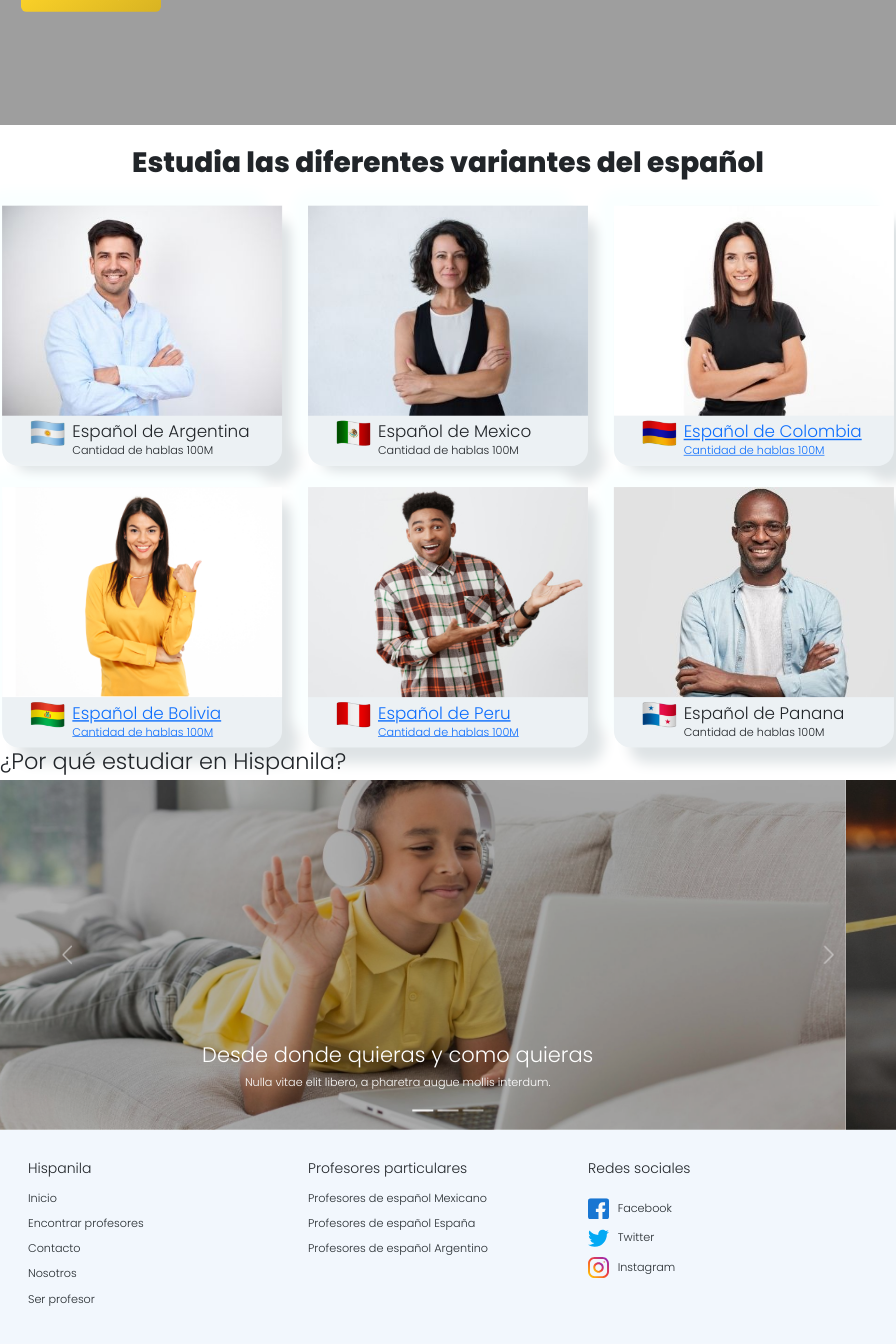
Repository: AgustinGarciaDev/Hispanila
Page: index.html
The author's editor kept a copy of each file at every save. The page is drawn from the files as they stood at one save, then again after the next save.
The browser window is 1280 px wide. The pictures show the part of the page from y = 487 to 2407 px (the page is 2407 px tall), at 70% of full size.
Pictures or frames that could not be fetched are drawn as grey boxes. Some web libraries are served in a nearby version. The style sheet was rebuilt from its Sass, Less or Tailwind sources for each picture, by a compiler version that may differ from the author's.

Above is the page before, as saved 2021-01-28 22:15:35.

### index.html
<!DOCTYPE html>
<html lang="en">

<head>
    <meta charset="UTF-8">
    <title>Inicio</title>
    <meta name="viewport" content="width=device-width, user-scalable=no">
    <meta name="description" content="Encontra profesor que se adecue a tus objetivos y logra tus metas. Aprende las distintas variantes del español en Hispanila">
    <meta name="keywords" content="español , hispanila, profesores, profesor">
    <link rel="stylesheet" href="https://cdnjs.cloudflare.com/ajax/libs/animate.css/4.1.1/animate.min.css" />
    <link rel="stylesheet" href="https://use.fontawesome.com/releases/v5.8.1/css/all.css" integrity="sha384-50oBUHEmvpQ+1lW4y57PTFmhCaXp0ML5d60M1M7uH2+nqUivzIebhndOJK28anvf" crossorigin="anonymous">
    <link rel="preconnect" href="https://fonts.gstatic.com">
    <link rel="preconnect" href="https://fonts.gstatic.com">
    <link href="https://fonts.googleapis.com/css2?family=Poppins:ital,wght@0,200;0,300;0,800;0,900;1,200;1,500&display=swap" rel="stylesheet">
    <link href="https://fonts.googleapis.com/css2?family=Archivo:ital@0;1&display=swap" rel="stylesheet">
    <link href="https://cdn.jsdelivr.net/npm/bootstrap@5.0.0-beta1/dist/css/bootstrap.min.css" rel="stylesheet" integrity="sha384-giJF6kkoqNQ00vy+HMDP7azOuL0xtbfIcaT9wjKHr8RbDVddVHyTfAAsrekwKmP1" crossorigin="anonymous">
    <link rel="stylesheet" href="./css/style.css">
    <link rel="stylesheet" href="stylemod.css">

</head>

<body>
    <header>
        <nav class="navbar navbar-expand-lg navbar-light bg-light nav-color">
            <div class="container-fluid">
                <a class="navbar-brand" href="./index.html"><img src="./img/Hispanila_opt.png" alt=""></a>
                <button class="navbar-toggler" type="button" data-bs-toggle="collapse" data-bs-target="#navbarSupportedContent" aria-controls="navbarSupportedContent" aria-expanded="false" aria-label="Toggle navigation">
            <span class="navbar-toggler-icon"></span>
          </button>
                <div class="collapse navbar-collapse" id="navbarSupportedContent">
                    <ul class="navbar-nav me-auto mb-2 mb-lg-0">
                        <li class="nav-item">
                            <a class="nav-link active" aria-current="page" href="./index.html">Inicio</a>
                        </li>
                        <li class="nav-item">
                            <a class="nav-link" href="./we.html">Nosotros</a>
                        </li>
                        <li class="nav-item">
                            <a class="nav-link" href="./contact.html">Contacto</a>
                        </li>
                        <li class="nav-item">
                            <a class="nav-link" href="./searchteacer.html">Buscar profesores</a>
                        </li>
                    </ul>
                </div>
            </div>
        </nav>
    </header>
    <main>
        <div class="hero">
            <div class="box">
                <div class="animate__animated animate__backInLeft">
                    <h1 class="hero__title_h1">Empeza hoy con tus clases de español</h1>
                </div>

                <p class="hero__title_p">Toma tus clases desde cualquier parte del mundo!</p>
                <a class="hero__bottom" href="#" role="button">EMPEZAR HOY</a>
            </div>

        </div>
        <div class="animate__animated animate__backInLeft">
            <h2 class="Tittle_h2">Estudia las diferentes variantes del español</h2>
        </div>
        <div class="block-band">
            <div class="card-band ">

                <a href="./searchteacer.html"> <img class="teacher-photo" src="./img/teacher-arg.jpg" alt=""></a>
                <div class="content-band">
                    <a href=""> <img class="band" src="./img/argentina.png" alt=""></a>
                    <div class="info-card">
                        <a href="./searchteacer.html" class="link">
                            <h4>Español de Argentina</h4>
                            <p>Cantidad de hablas 100M</p>
                        </a>
                    </div>
                </div>
            </div>
            <div class="card-band">
                <a href=""> <img class='teacher-photo' src="./img/woman-teacher-mex.jpg" alt="profesora de mexico">
                    <div class="content-band">
                        <img class="band" src="./img/mexico.png" alt="">
                        <div class="info-card">
                            <a href="./searchteacer.html" class="link">
                                <h4>Español de Mexico</h4>
                                <p>Cantidad de hablas 100M</p>
                            </a>
                        </div>
                    </div>
                </a>
            </div>

            <div class="card-band">
                <img class='teacher-photo' src="./img/women-teacher.jpg" alt="">
                <div class="content-band">
                    <img class="band" src="./img/ecuador.png" alt="">
                    <div class="info-card">
                        <a href="./searchteacer.html">
                            <h4>Español de Colombia</h4>
                            <p>Cantidad de hablas 100M</p>
                        </a>
                    </div>
                </div>
            </div>
            <div class="card-band">
                <img class='teacher-photo' src="./img/woman-bo.png" alt="">
                <div class="content-band">
                    <img class="band" src="./img/bolivia.png" alt="">
                    <div class="info-card">
                        <a href="./searchteacer.html">
                            <h4>Español de Bolivia</h4>
                            <p>Cantidad de hablas 100M</p>
                        </a>

                    </div>
                </div>
            </div>
            <div class="card-band">
                <img class='teacher-photo' src="./img/teacher-peru.png" alt="">
                <div class="content-band">
                    <img class="band" src="./img/peru.png" alt="">
                    <div class="info-card">
                        <a href="/searchteacer.html">
                            <h4>Español de Peru</h4>
                            <p>Cantidad de hablas 100M</p>
                        </a>

                    </div>
                </div>
            </div>
            <div class="card-band">
                <img class='teacher-photo' src="./img/teacher-panama.jpg" alt="profesor de panama">
                <div class="content-band">
                    <img class="band" src="./img/panama.png" alt="">
                    <div class="info-card">
                        <h4>Español de Panana</h4>
                        <p>Cantidad de hablas 100M</p>
                    </div>
                </div>
            </div>
        </div>
        </div>
        <div class="animate__animated animate__backInLeft">
            <h2>¿Por qué estudiar en Hispanila?</h2>
        </div>
        <div id="carouselExampleCaptions" class="carousel slide" data-bs-ride="carousel">
            <ol class="carousel-indicators">
                <li data-bs-target="#carouselExampleCaptions" data-bs-slide-to="0" class="active"></li>
                <li data-bs-target="#carouselExampleCaptions" data-bs-slide-to="1"></li>
                <li data-bs-target="#carouselExampleCaptions" data-bs-slide-to="2"></li>
            </ol>
            <div class="carousel-inner">
                <div class="carousel-item active">
                    <img src="./img/d1.jpg" class="d-block w-100" alt="...">
                    <div class="carousel-caption d-none d-md-block">
                        <h5>Desde donde quieras y como quieras</h5>
                        <p>Nulla vitae elit libero, a pharetra augue mollis interdum.</p>
                    </div>
                </div>
                <div class="carousel-item">
                    <img src="./img/d2.jpg" class="d-block w-100" alt="...">
                    <div class="carousel-caption d-none d-md-block">
                        <h5>Paga por clase</h5>
                        <p>Lorem ipsum dolor sit amet, consectetur adipiscing elit.</p>
                    </div>
                </div>
                <div class="carousel-item">
                    <img src="./img/d3.jpg" class="d-block w-100" alt="...">
                    <div class="carousel-caption d-none d-md-block">
                        <h5>Aprendizaje personalizado</h5>
                        <p>Praesent commodo cursus magna, vel scelerisque nisl consectetur.</p>
                    </div>
                </div>
            </div>
            <a class="carousel-control-prev" href="#carouselExampleCaptions" role="button" data-bs-slide="prev">
                <span class="carousel-control-prev-icon" aria-hidden="true"></span>
                <span class="visually-hidden">Previous</span>
            </a>
            <a class="carousel-control-next" href="#carouselExampleCaptions" role="button" data-bs-slide="next">
                <span class="carousel-control-next-icon" aria-hidden="true"></span>
                <span class="visually-hidden">Next</span>
            </a>
        </div>
    </main>
    <footer class="footer">
        <div class="list__footer">
            <p class="list__footer__p-modifier">Hispanila</p>
            <li class="list__footer__li-modifier"> <a class="list__footer__a-modifier" href="/index.html">Inicio</a></li>
            <li class="list__footer__li-modifier"> <a class="list__footer__a-modifier" href="/searchteacer.html">Encontrar profesores</a></li>
            <li class="list__footer__li-modifier"><a class="list__footer__a-modifier" href="/contacte.html">Contacto</a></li>
            <li class="list__footer__li-modifier"><a class="list__footer__a-modifier" href="/we.html">Nosotros</a></li>
            <li class="list__footer__li-modifier"><a class="list__footer__a-modifier" href="/we.html">Ser profesor</a></li>
        </div>
        <div class="list__footer">
            <p class="list__footer__p-modifier">Profesores particulares</p>
            <li class="list__footer__li-modifier"> <a class="list__footer__a-modifier" href=" https://www.facebook.com/ "> Profesores de español Mexicano</a></li>
            <li class="list__footer__li-modifier"><a class="list__footer__a-modifier" href="https://twitter.com/home "> Profesores de español España</a></li>
            <li class="list__footer__li-modifier"><a class="list__footer__a-modifier" href="https://www.instagram.com/ "> Profesores de español Argentino</a></li>
        </div>

        <div class="list__footer ">
            <p class="list__footer__p-modifier"> Redes sociales</p>
            <li class="list__footer__li-modifier"></li><img class="list__footer__img-modifier" src="./img/facebook.svg " alt=" "> <a class="list__footer__a-modifier" href="https://www.facebook.com/ ">Facebook</a></li>
            <li class="list__footer__li-modifier"></li><img class="list__footer__img-modifier" src="./img/gorjeo.svg " alt=" "> <a class="list__footer__a-modifier" href="https://twitter.com/home ">Twitter</a></li>
            <li class="list__footer__li-modifier"></li><img class="list__footer__img-modifier" src="./img/instagram.svg " alt=" "> <a class="list__footer__a-modifier" href="https://www.instagram.com/ ">Instagram</a></li>
        </div>
    </footer>
    <script src="https://cdn.jsdelivr.net/npm/bootstrap@5.0.0-beta1/dist/js/bootstrap.bundle.min.js" integrity="sha384-ygbV9kiqUc6oa4msXn9868pTtWMgiQaeYH7/t7LECLbyPA2x65Kgf80OJFdroafW" crossorigin="anonymous"></script>
</body>

</html>

### scss/style.scss
@import"variables";
@import "header";
@import "footer";
@import "body";
@import "contac";
@import "profile";
@import "aboutUs";

### scss/_variables.scss
/* TIPOGRAFIAS */

$font-body: 'Poppins',
sans-serif;

/* SIZE TIPOGRAFIAS */

$nameteacher: 16px;
$titulocontacto: 20px;

/* ICONOS COLOR */

$color-start-icon: #FEC400;
$color-social:gray;

/*Color background*/

$color-box: linear-gradient(145deg, #d8e8f2, #b6c3cb);

/*Padding*/

$padding-currilum: 40px;

### scss/_header.scss
header {
    position: sticky;
    top: 0;
    z-index: 5;
}

### scss/_footer.scss
.footer {
    background-color: #F2F7FD;
    display: grid;
    grid-template-columns: repeat(3, 1fr);
    padding: 40px;
}

.list__footer__p-modifier {
    font-size: 20px;
}

.list__footer__li-modifier {
    list-style: none;
    align-items: center;
    display: flex;
    margin-bottom: 12px;
}

.list__footer__a-modifier {
    text-decoration: none;
    color: #252b2f;
}

.list-footer a:hover {
    text-decoration: underline;
}

.list__footer__img-modifier {
    width: 30px;
    height: 30px;
    margin-right: 8px;
}

@media (max-width: 768px) {
    .footer {
        display: flex;
        flex-wrap: wrap;
    }
    .list__footer {
        padding-left: 10px;
        padding-right: 10px;
        justify-content: center;
    }
}

@media (max-width: 520px) {}

### scss/_body.scss
body {
    margin: 0;
    font-family: $font-body;
}

### scss/_contac.scss
.row {
    margin-right: 0;
}

.email_img {
    width: 100%;
}

.icons__list {
    display: flex;
    justify-content: center;
}

.icons__list_a {
    text-decoration: none;
    color: $color-social;
    padding-bottom: 10px;
    padding-left: 5px;
    padding-right: 5px;
}

.icons__list__redsocial {
    display: flex;
    flex-direction: row;
    padding-top: 10px;
    justify-content: center;
}

.icons__list_logo_Redes {
    color: $color-social;
    font-size: 35px;
    margin: 0 10px;
}

.text-contact__h2 {
    font-size: $titulocontacto;
}

@media (max-width: 520px) {
    .text-contact__h1 {
        text-align: center;
    }
    .text-contact__h2 {
        font-size: $titulocontacto -7;
        text-align: center;
    }
}

### scss/_profile.scss
    .layout {
        display: grid;
        grid-template-columns: 2fr 1fr;
        grid-template-rows: 1fr;
        grid-column-gap: 10px;
        grid-row-gap: 10px;
        padding: 20px;
    }

    .layout__infoteache__video-modifier {
        width: 100%;
        height: 500px;
    }

    .layout__profile {
        border-radius: 8px;
        background: #ffffff;
        box-shadow: 8px 8px 55px #d9d9d9, -8px -8px 55px #ffffff;
    }

    .layaout__datachecher__layout__img-modifier {
        width: 80px;
        height: 80px;
        border-radius: 50%;
        display: flex;
        margin: auto;
    }

    .layaout__datachecher__h1-modifier {
        font-size: 30px;
        font-weight: 600;
    }

    .layaout__datachecher__h2-modifier {
        font-size: 14px;
    }

    .scoreteacher {
        display: flex;
        flex-direction: row;
    }

    .scoreteacher__icon--modifier {
        color: $color-start-icon;
        margin-top: 28px;
        margin-bottom: 2px;
    }

    .scoreteacher__number--modifier {
        margin-top: 26px;
        margin-bottom: 2px;
        padding-left: 9px;
    }

    .layout__sepator {
        border: 1px solid #10101030;
        margin: 10px;
    }

    .card {
        margin-bottom: 15px;
        margin-top: 15px;
    }

    .card-body {
        display: flex;
    }

    .clases__titulo-Modifier {
        font-size: 25px;
        font-size: 500;
    }

    .curriculum {
        margin: 30px 0;
        border-radius: 8px;
        background: #ffffff;
        box-shadow: 8px 8px 55px #d9d9d9, -8px -8px 55px #ffffff;
        padding: $padding-currilum;
    }

    .lessons__box {
        padding: 40px;
        margin: 30px 0;
        border-radius: 8px;
        background: #ffffff;
        box-shadow: 8px 8px 55px #d9d9d9, -8px -8px 55px #ffffff;
    }

    .Comentary {
        margin-top: 20px;
        background: #ffffff;
        box-shadow: 8px 8px 55px #d9d9d9, -8px -8px 55px #ffffff;
        padding: 30px;
    }

    .personaldata {
        display: flex;
        flex-direction: row;
    }

    .Comentary__grid {
        margin-top: 40px;
        display: grid;
        grid-template-columns: 1fr 1fr;
        grid-template-rows: 1fr 1fr 1fr;
        grid-row-gap: 30px;
    }

    .Comentary__layout {
        width: 350px;
        height: 140px;
        padding: 10px;
        background: rgba( 255, 255, 255, 0.00);
        box-shadow: 0 8px 10px 0 rgba( 31, 38, 135, 0.37);
        border-radius: 10px;
    }

    .personaldata img {
        border-radius: 50%;
        width: 50px;
        height: 50px;
    }

    .Reserva {
        position: sticky;
        top: 100px;
        height: 350px;
        border-radius: 8px;
        background: #ffffff;
        box-shadow: 8px 8px 55px #d9d9d9, -8px -8px 55px #ffffff;
    }

    .Reserva__precios_layout {
        padding-bottom: 10px;
        padding-top: 10px;
    }

    .boton__ML {
        display: flex;
        justify-content: center;
    }

    .mercadopago-button {
        height: 40px;
        font-weight: 300px;
        font-family: $font-body;
        background-color: #00b1ff!important;
        width: 100%;
        border-radius: 1px;
        background: $color-box;
        box-shadow: 5px 5px 9px #b8c5ce, -5px -5px 9px #dcedf6;
    }

    .Reserva__divider {
        border: 1px solid gray;
    }

    .Reserva__contact {
        text-align: center;
        padding: 20px;
    }

    .Reserva__contact_boton {
        display: block;
        font-weight: 400;
        padding: 20px;
        text-decoration: none;
        color: white;
        background: #48af41!important;
        border-radius: 1px;
        border-radius: 1px;
        background: $color-box;
        box-shadow: 5px 5px 9px #b8c5ce, -5px -5px 9px #dcedf6;
    }
    /* Responsive */

    @media (max-width: 890px) {
        .layout {
            display: flex;
            flex-direction: column;
        }
        .Comentary__grid {
            display: flex;
            flex-wrap: wrap;
        }
        .Comentary__layout {
            width: 100%;
        }
        .Reserva {
            position: relative;
            top: 0;
            width: 100%;
            height: 350px;
        }
    }

    @media (max-width: 520px) {
        .layout__infoteache__video-modifier {
            height: 240px;
        }
        .layout__scoreteacher {
            margin-left: 132px;
        }
        .layout__dateacher_info {
            margin-left: -9px;
        }
        .Reserva__contact_boton {
            width: 200px;
            height: 70px;
            display: inline-block;
            padding: 10px;
        }
        .card-body {
            flex-direction: column;
            align-items: center;
        }
        .curriculum {
            padding: $padding-currilum -30;
        }
    }

### scss/_aboutUs.scss
    .About__tittle-h1 {
        text-align: center;
        padding: 20px 0;
    }

    .About__img {
        display: flex;
        justify-content: center;
        align-items: center;
    }

    .About__img--modifier {
        width: 900px;
        height: 600px;
    }

    .About__history {
        text-align: center;
        margin: 10px 500px;
    }

    .About_compromise_img {
        width: 400px;
        height: 300px;
    }

    .Value {
        margin-top: 40px;
    }

    .Value_p--modifier {
        font-size: 40px;
        font-weight: 500px;
    }

    @media (max-width: 890px) {
        .About__img--modifier {
            width: 100%;
            height: auto;
        }
        .About__history {
            margin: 10px 20px;
        }
    }

    @media (max-width: 570px) {
        .About_compromise_img {
            height: 300px;
        }
        .About_compromise__responsive {
            flex-direction: column-reverse;
            display: flex;
        }
        .Value {
            display: flex;
            align-items: center;
            justify-content: center;
        }
        .Value__box {
            display: flex;
            flex-direction: column;
            justify-content: center;
        }
    }

Loaded but not shown: stylemod.css (322 lines, source omitted)

After the next save:
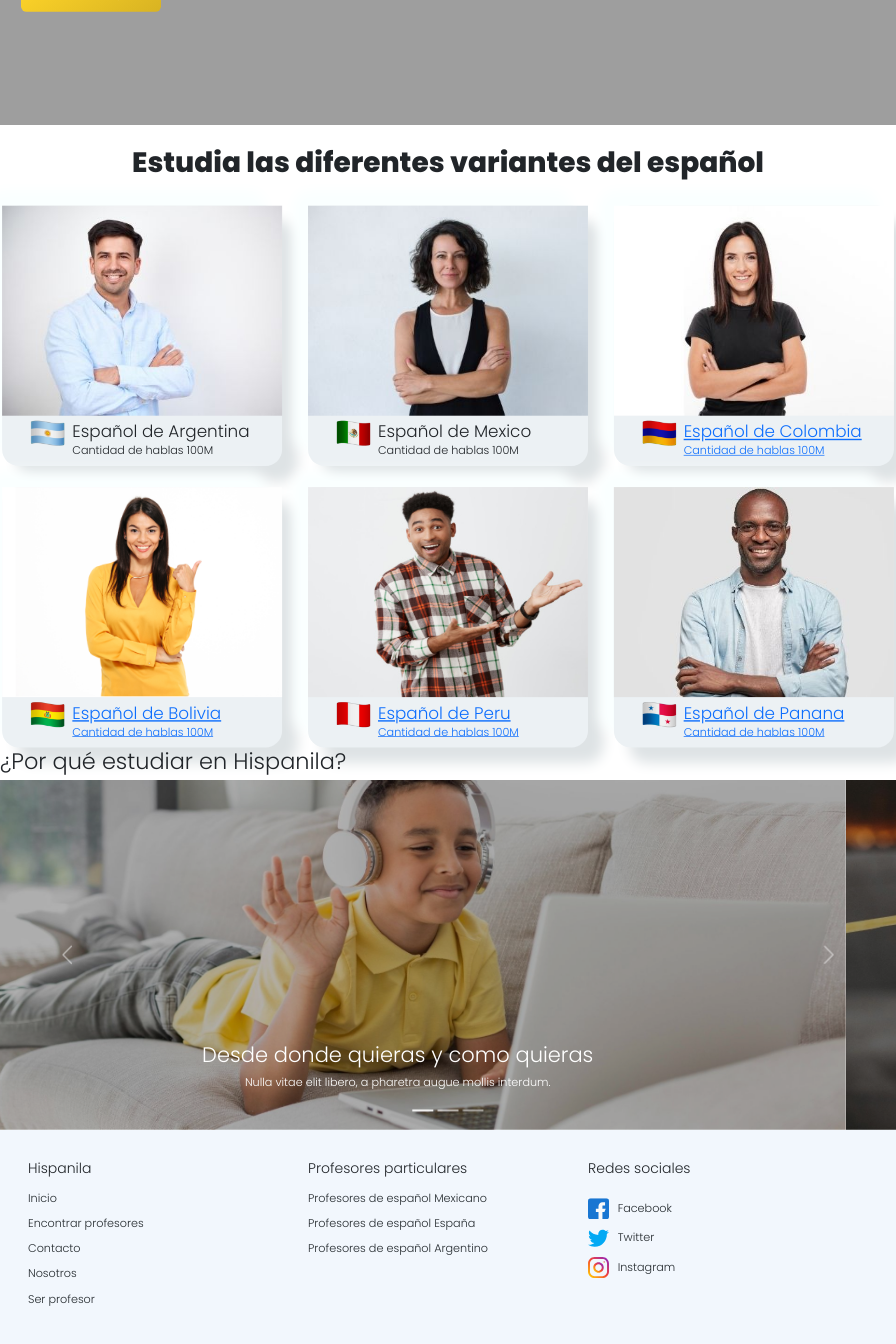
Saved 14 s later.
--- a/index.html
+++ b/index.html
@@ -132,8 +132,11 @@
                 <div class="content-band">
                     <img class="band" src="./img/panama.png" alt="">
                     <div class="info-card">
-                        <h4>Español de Panana</h4>
-                        <p>Cantidad de hablas 100M</p>
+                        <a href="./searchteacer.html">
+                            <h4>Español de Panana</h4>
+                            <p>Cantidad de hablas 100M</p>
+                        </a>
+
                     </div>
                 </div>
             </div>
